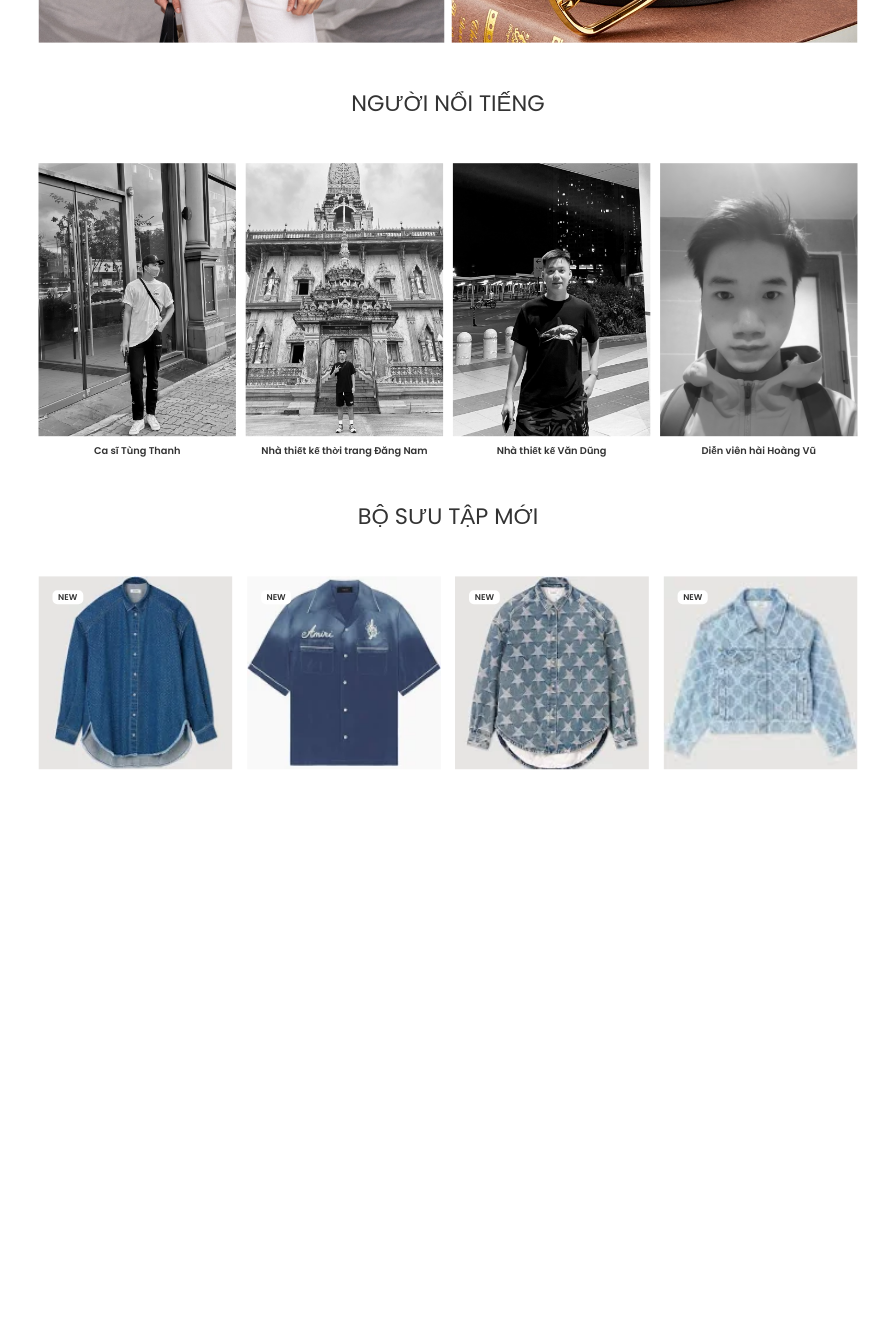
Repository: hoang28092000/kinsmanClothes
Page: index.html
These files come from the project's save history. The page is drawn as it stood at one moment and after the next save; the edit follows.
The browser window is 1280 px wide. The pictures show the part of the page from y = 1293 to 3213 px (the page is 5080 px tall), at 70% of full size.

Above is the page before, as saved 2025-05-07 01:03:14.

After the next save:
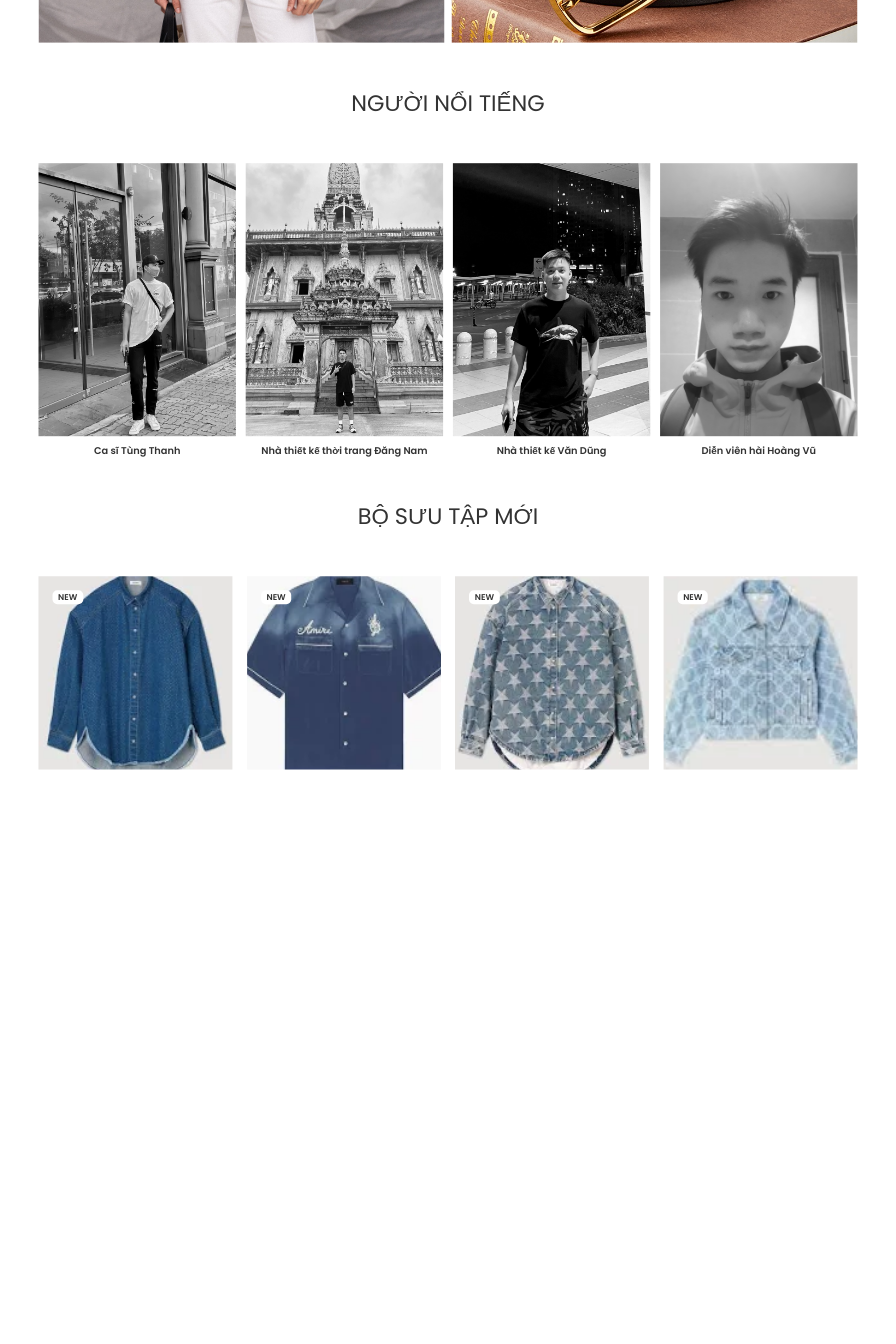
Saved 8 s later.
--- a/css/main.css
+++ b/css/main.css
@@ -292,6 +292,6 @@
     padding: 4px 8px;
     border-radius: 7px;
 }
-.item-collection:hover .item-collection img{
+ .item-collection img{
     transform: scale(1.1);
 }

After the 4 saves that followed:
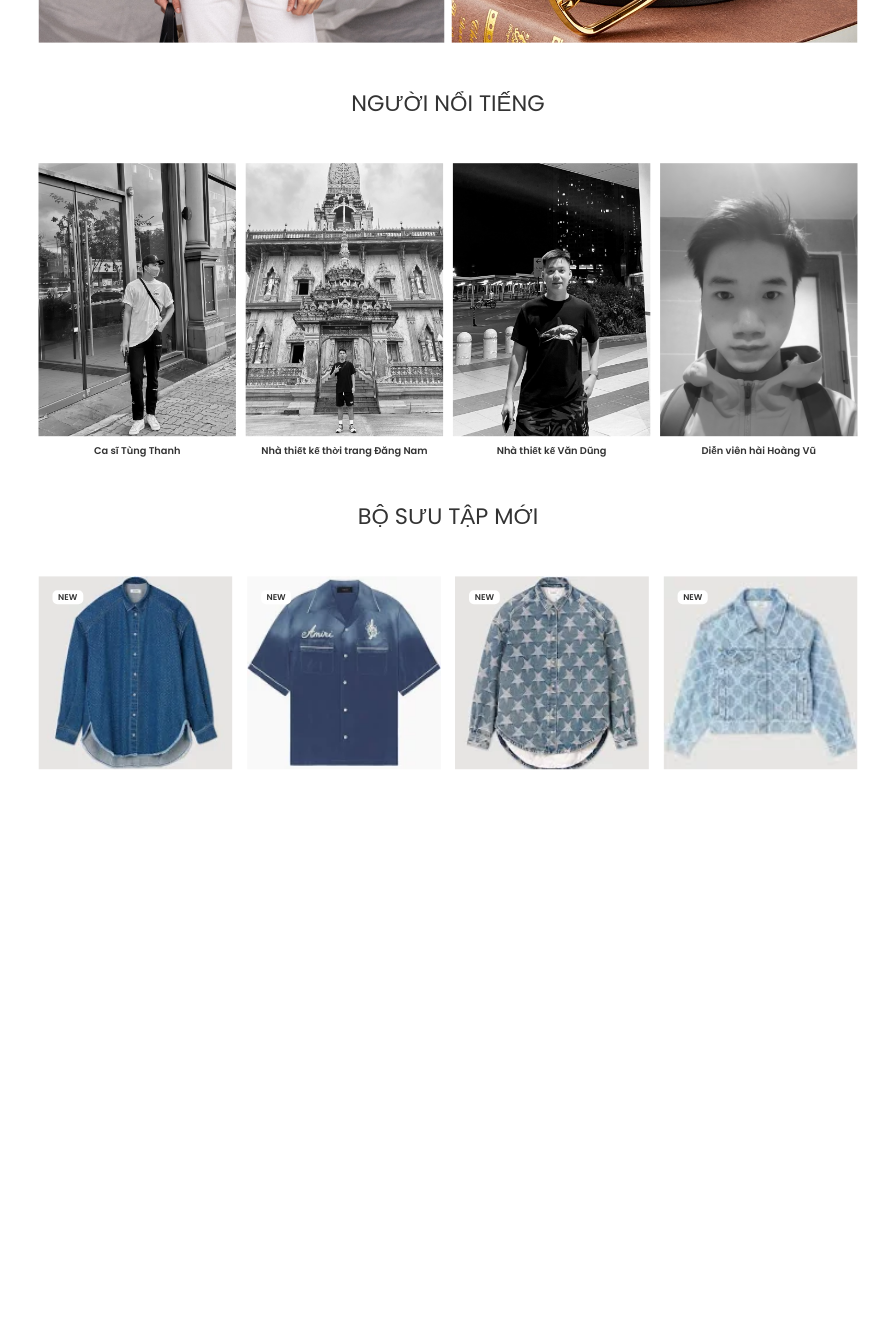
The 4 saves are shown as one change because 1 left the picture as it was and some came seconds apart.
The last was saved 12 s later.
--- a/css/main.css
+++ b/css/main.css
@@ -292,6 +292,6 @@
     padding: 4px 8px;
     border-radius: 7px;
 }
- .item-collection img{
+.item-collection img:hover{
     transform: scale(1.1);
 }
